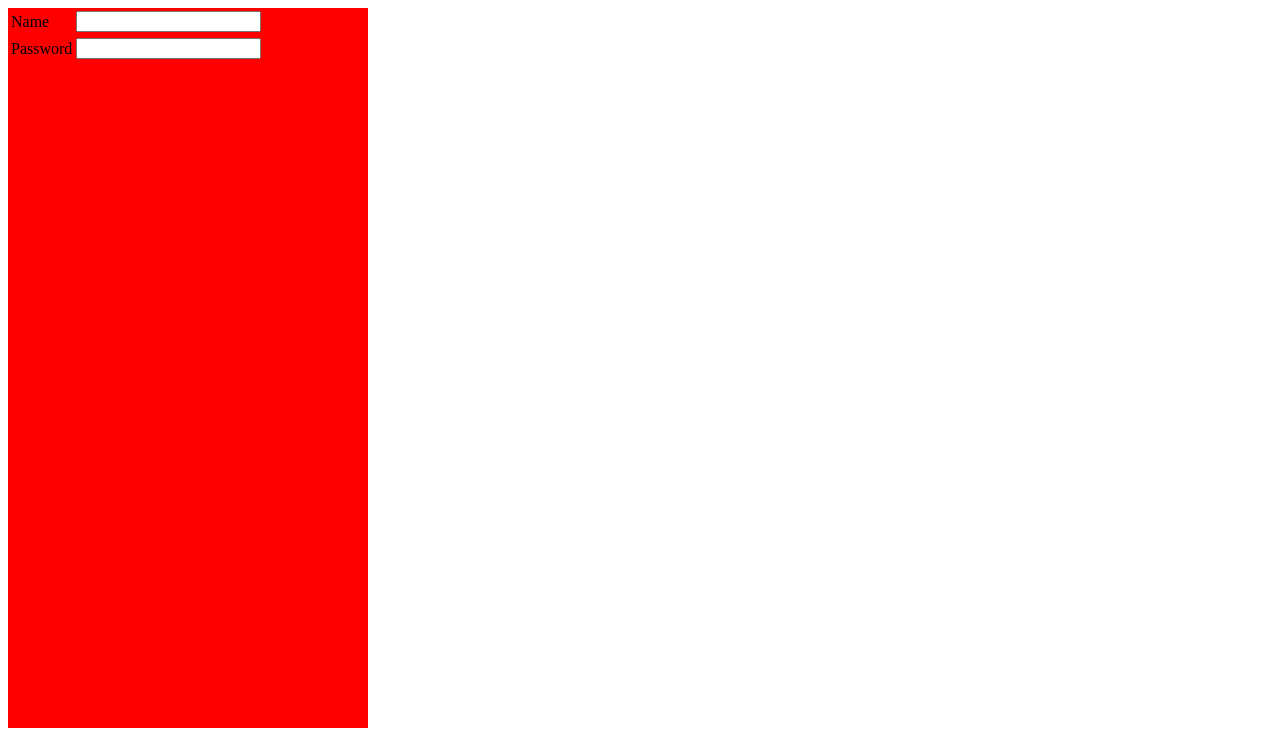
Repository: yash1sh/Java
Page: http://localhost/Servlet_Demo/
These files come from the project's save history. The page is drawn as it stood at one moment and after the next save; the edit follows.
The browser window is 1280 px wide. The pictures show the whole page.
The page is served by Tomcat 9. Other server files are loaded and not shown.

Above is the page before, as saved 2022-05-14 09:39:30.

### Bootcmp/Servlet_Demo/src/main/webapp/index.html
<!DOCTYPE html>
<html>
<head>
<meta charset="ISO-8859-1">
<title>Insert title here</title>
<link rel="stylesheet" type="text/css" href="./indexcss.css">
</head>
<body>
	<section class="form" >
		<article>
			<form action="">
				<table>
					<tr> <td> <label>Name</label> </td>
						<td><input type="text" id="Name"></td>
					<tr>
					<tr>
						<td><label>Password</label></td>
						<td><input type="password" id="password"></td>
					</tr>
				</table>
			</form>
		</article>
	</section>





</body>
</html>

### Bootcmp/Servlet_Demo/src/main/webapp/indexcss.css

.form{
	background-color: red;
	width:50vh;
	height:100vh;
	color:black;
}

After the next save:
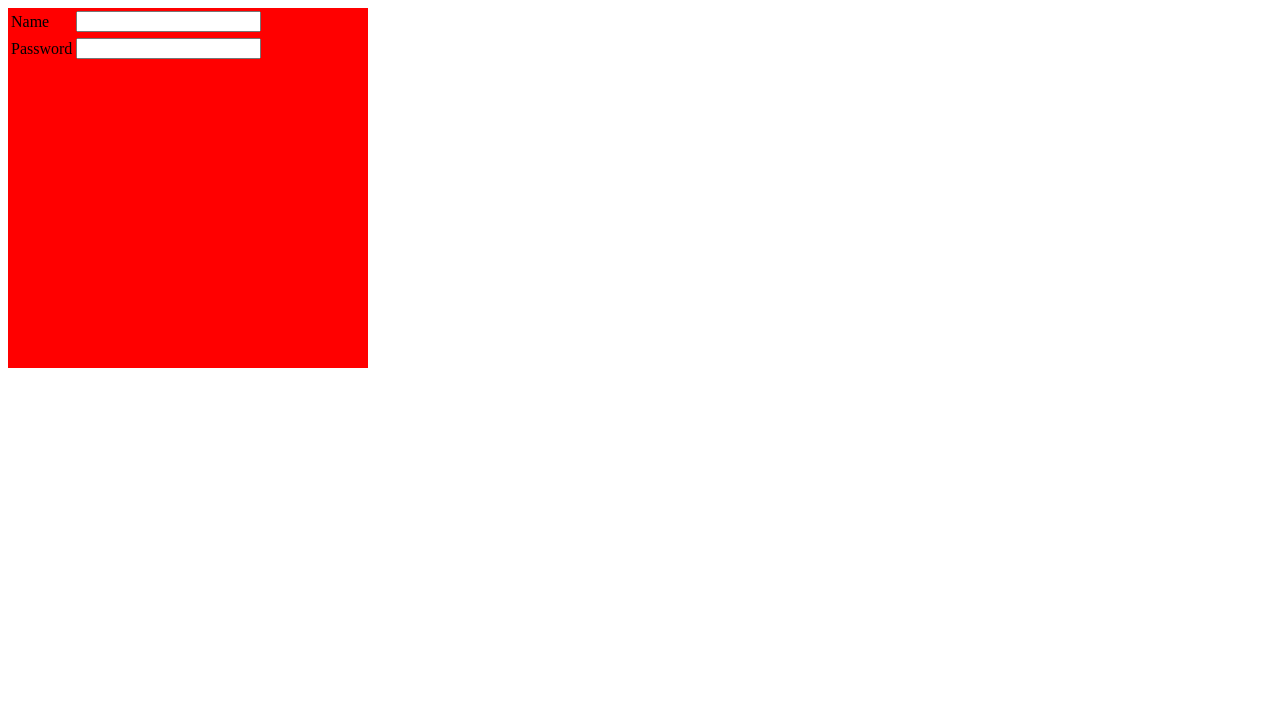
Saved 72 s later.
--- a/Bootcmp/Servlet_Demo/src/main/webapp/indexcss.css
+++ b/Bootcmp/Servlet_Demo/src/main/webapp/indexcss.css
@@ -2,6 +2,6 @@
 .form{
 	background-color: red;
 	width:50vh;
-	height:100vh;
+	height:50vh;
 	color:black;
 }
